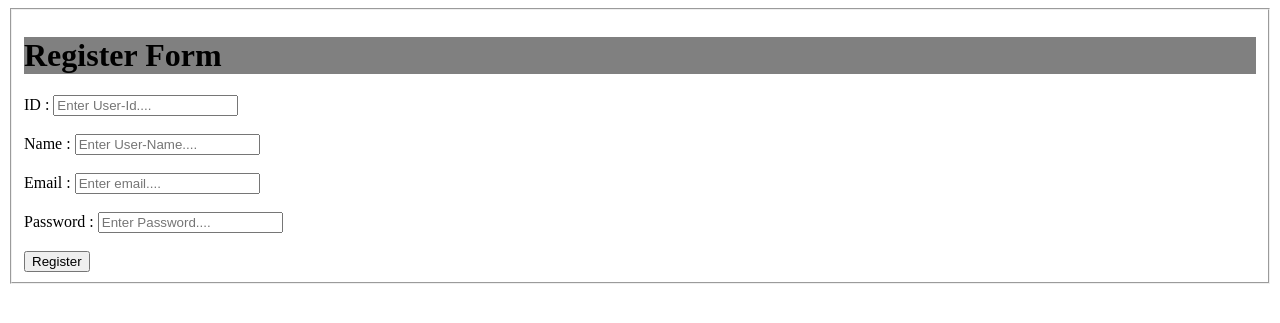
Repository: abhinavk718/servlet-project
Page: empwebapp/WebContent/register.html
An editor plug-in stored every save of this project. The page is shown before and after the next save, followed by the edit.
The browser window is 1280 px wide. The pictures show the whole page.

Above is the page before, as saved 2019-11-15 09:43:57.

### empwebapp/WebContent/register.html
<!DOCTYPE html>
<html>
<head>
<meta charset="ISO-8859-1">
<title>Register here</title>
</head>
<body>
<fieldset>
<form action="" class="col-md-4 offset-4 mt-5 mb-5 card card-body" method="post">
    <h1 class="text-center" style="background-color: gray;">Register Form</h1>
    <div class="formgroup">
       ID : <input type="text" name="id"class="form-control mb-1" placeholder="Enter User-Id....">
    </div>
    <br>
    <div class="formgroup">
       Name : <input type="text" name="name"class="form-control mb-1" placeholder="Enter User-Name....">
    </div>
    <br>
    <div class="formgroup">
      Email :  <input type="text" name="email"class="form-control mb-1" placeholder="Enter email....">
    </div>
    <br>
    <div class="formgroup">
       Password : <input type="password" name="password" class="form-control mb-1" placeholder="Enter Password....">
    </div>
    <br>
    <div class="formgroup">
        <button type="submit" class="btn btn-primary float-right mb-1" >Register</button>
    </div>
</form>
</fieldset>
</body>
</html>

After the next save:
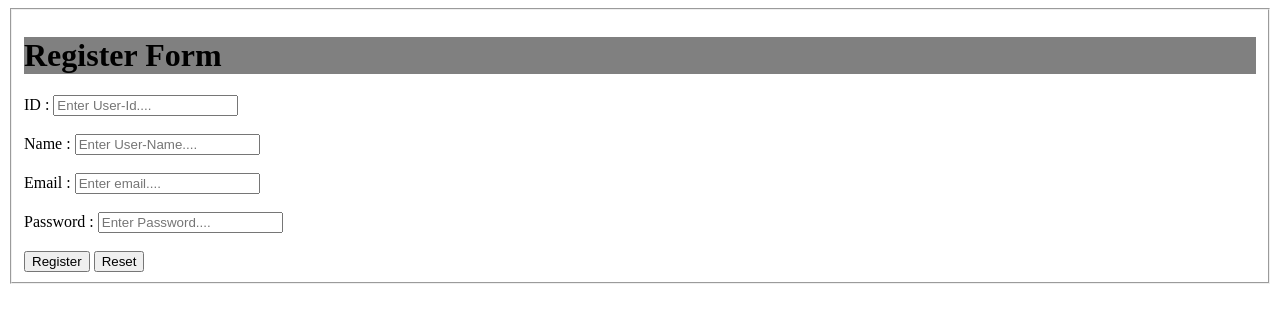
Saved 40 s later.
--- a/empwebapp/WebContent/register.html
+++ b/empwebapp/WebContent/register.html
@@ -26,6 +26,7 @@
     <br>
     <div class="formgroup">
         <button type="submit" class="btn btn-primary float-right mb-1" >Register</button>
+         <button type="reset" class="btn btn-primary float-right mb-1" >Reset</button>
     </div>
 </form>
 </fieldset>
